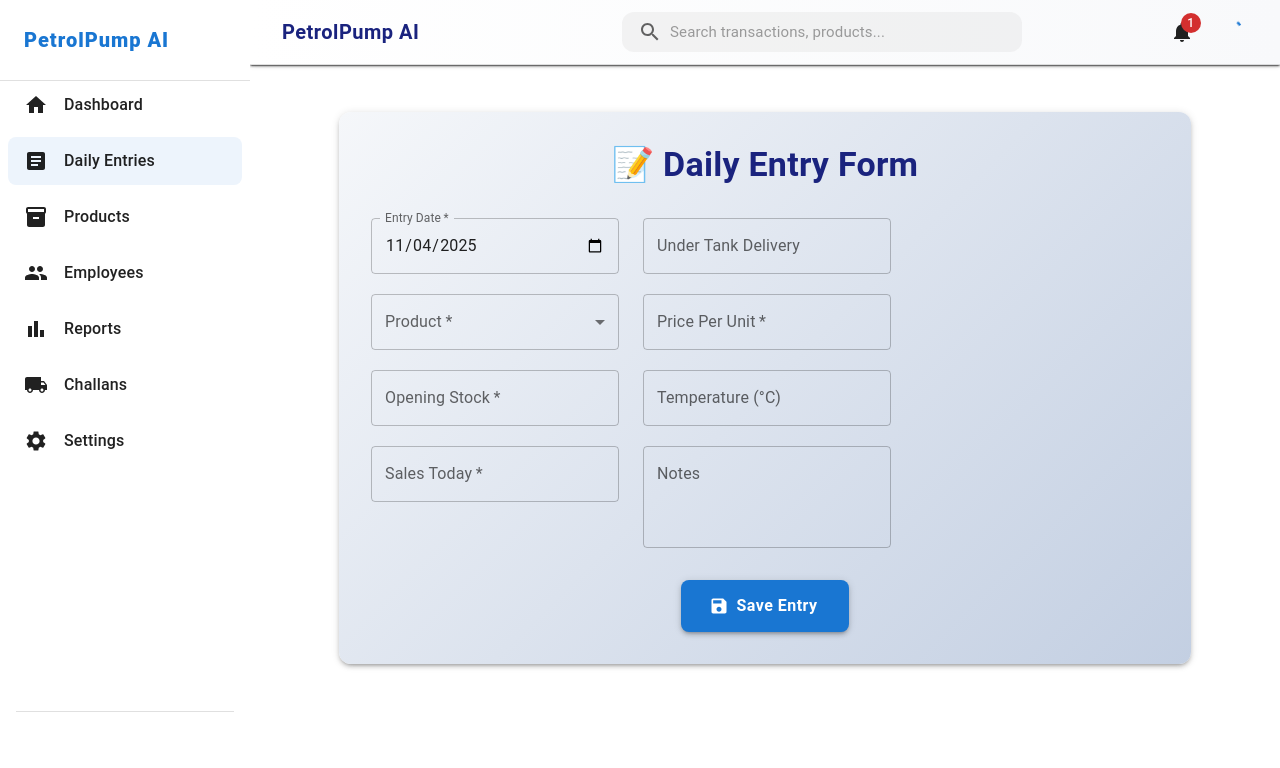
Repository: saquib0509/AI-Enabled-Retail-Management-
Page: /entries (app in frontend/)
These files come from the project's save history. The page is drawn as it stood at one moment and after the next save; the edit follows.
The browser window is 1280 px wide. The pictures show the whole page.
The page's requests for data from a server got no answer. The project was rebuilt for these pictures with package versions that can differ from the ones it lists, and the page was loaded fresh each time. No one was signed in, and anything a server would have sent is missing. Also part of the build but not shown: frontend/vite.config.ts, frontend/src/pages/Dashboard.tsx, frontend/src/components/EmployeeList.tsx, frontend/src/components/EmployeeForm.tsx, frontend/src/components/EmployeeAttendance.tsx, frontend/src/components/EmployeeSalary.tsx, frontend/src/pages/Employees.tsx, frontend/src/pages/Products.tsx and 10 more.

Above is the page before, as saved 2025-11-08 23:11:37.

### frontend/index.html
<!DOCTYPE html>
<html lang="en">
<head>
  <meta charset="UTF-8">
  <meta name="viewport" content="width=device-width, initial-scale=1.0">
  <title>Petrol Pump Management</title>
  <link rel="stylesheet" href="/src/styles.css">
</head>
<body>
  <div id="root"></div>
  <script type="module" src="/src/main.tsx"></script>
</body>
</html>

### frontend/src/styles.css
/* ===== Global CSS Variables (Design Tokens) ===== */
:root {
  --color-primary: #3763ff;
  --color-primary-hover: #2543c3;
  --color-primary-shadow: #e8f0fe;
  --color-accent: #13c39c;
  --color-bg: #f7f8fa;
  --color-bg-card: #fff;
  --color-bg-navbar: #fff;
  --color-border: #e5e7eb;
  --color-text: #1f2937;
  --color-text-soft: #6b7280;
  --color-text-inverse: #fff;
  --border-radius: 10px;
  --shadow-md: 0 2px 8px 0 rgba(16,30,54,0.06);
  --font-main: 'Inter', 'Segoe UI', Arial, sans-serif;
  --transition: 0.18s cubic-bezier(.4,0,.2,1);
}

@media (prefers-color-scheme: dark) {
  :root {
    --color-bg: #13141a;
    --color-bg-card: #181a20;
    --color-bg-navbar: #191a23;
    --color-primary-shadow: #122056;
    --color-border: #23263a;
    --color-text: #f6f7fa;
    --color-text-soft: #a3adc2;
  }
}

html {
  box-sizing: border-box;
  font-family: var(--font-main);
  font-size: 16px;
  -webkit-font-smoothing: antialiased;
  background: var(--color-bg);
  color: var(--color-text);
}
*, *:before, *:after {
  box-sizing: inherit;
}
body {
  background: var(--color-bg);
  color: var(--color-text);
  min-height: 100vh;
  margin: 0;
  line-height: 1.6;
  transition: background var(--transition), color var(--transition);
  font-size: 1rem;
}

/* Layout */
.container {
  width: 100%;
  max-width: 1200px;
  margin: 0 auto;
  padding: 0 20px;
}

/* Typography */
h1, h2, h3, h4, h5, h6 {
  margin-bottom: 1rem;
  line-height: 1.2;
}

h1 { font-size: 2.5rem; }
h2 { font-size: 2rem; }
h3 { font-size: 1.75rem; }
h4 { font-size: 1.5rem; }
h5 { font-size: 1.25rem; }
h6 { font-size: 1rem; }

p {
  margin-bottom: 1rem;
}

a {
  color: #1976d2;
  text-decoration: none;
}

a:hover {
  text-decoration: underline;
}

/* Buttons */
button, .btn {
  display: inline-block;
  background: #1976d2;
  color: white;
  border: none;
  padding: 0.5rem 1rem;
  border-radius: 4px;
  cursor: pointer;
  font-size: 1rem;
  transition: background-color 0.3s;
}

button:hover, .btn:hover {
  background: #1565c0;
}

/* Forms */
input, select, textarea {
  width: 100%;
  padding: 0.5rem;
  margin-bottom: 1rem;
  border: 1px solid #ddd;
  border-radius: 4px;
  font-size: 1rem;
}

label {
  display: block;
  margin-bottom: 0.5rem;
  font-weight: 500;
}

/* Utility classes */
.mt-1 { margin-top: 0.5rem; }
.mt-2 { margin-top: 1rem; }
.mt-3 { margin-top: 1.5rem; }
.mt-4 { margin-top: 2rem; }

.mb-1 { margin-bottom: 0.5rem; }
.mb-2 { margin-bottom: 1rem; }
.mb-3 { margin-bottom: 1.5rem; }
.mb-4 { margin-bottom: 2rem; }

.text-center { text-align: center; }
.text-right { text-align: right; }

/* Responsive */
@media (max-width: 768px) {
  .container {
    padding: 0 15px;
  }

  h1 { font-size: 2rem; }
  h2 { font-size: 1.75rem; }
  h3 { font-size: 1.5rem; }
}

/* Utility classes */
.responsive-grid {
  display: grid;
  gap: 1.4rem;
  grid-template-columns: 1fr;
}
@media (min-width: 600px) {
  .responsive-grid {
    grid-template-columns: 1fr 1fr;
  }
}
@media (min-width: 980px) {
  .responsive-grid {
    grid-template-columns: 1fr 1fr 1fr;
  }
}

/* Modern Card Form Styles */
.modern-card-form {
  background: var(--color-bg-card);
  box-shadow: var(--shadow-md);
  border-radius: var(--border-radius);
  padding: 2rem 2rem 1.7rem 2rem;
  display: flex;
  flex-direction: column;
  gap: 1.2rem;
  width: 100%;
  max-width: 380px;
  margin: 1.7rem auto 0 auto;
  border: 1px solid var(--color-border);
}
.modern-card-form label {
  text-align: left;
  font-size: 1rem;
  font-weight: 500;
  color: var(--color-text);
  letter-spacing: 0.01em;
}
.modern-card-form input,
.modern-card-form select,
.modern-card-form textarea {
  margin-top: 0.32rem;
  padding: 0.55rem 0.8rem;
  border: 1px solid var(--color-border);
  border-radius: var(--border-radius);
  background: var(--color-bg);
  color: var(--color-text);
  font-size: 1rem;
  transition: border-color var(--transition), background var(--transition), color var(--transition);
}
.modern-card-form input:focus,
.modern-card-form select:focus,
.modern-card-form textarea:focus {
  border-color: var(--color-primary);
  outline: none;
  background: var(--color-primary-shadow);
}
.modern-card-form button[type=submit] {
  margin-top: 0.66rem;
}

### frontend/src/main.tsx
import { StrictMode } from 'react';
import { createRoot } from 'react-dom/client';
import { BrowserRouter } from 'react-router-dom';
import { AppProvider } from './context/AppContext';
import App from './App';
import './styles.css';

// Initialize the application
const container = document.getElementById('root');

if (!container) {
  throw new Error("Failed to find the root element");
}

const root = createRoot(container);

root.render(
  <StrictMode>
    <BrowserRouter>
      <AppProvider>
        <App />
      </AppProvider>
    </BrowserRouter>
  </StrictMode>
);

### frontend/src/App.tsx
import { Routes, Route } from 'react-router-dom';
import Layout from './components/layout/Layout';
import Dashboard from './pages/Dashboard';
import DailyEntryForm from './components/DailyEntryForm';
import Employees from "./pages/Employees";
import Products from "./pages/Products";
import Settings from "./pages/Settings";
import Challans from "./pages/Challans";
import Reports from "./pages/Reports";



const App = () => {
  return (
    <div className="app-container">
      <Routes>
        <Route path="/" element={<Layout />}>
          <Route index element={<Dashboard />} />
          <Route path="entries" element={<DailyEntryForm />} />
          <Route path="products" element={<Products />} />
          <Route path="employees" element={<Employees />} />
          <Route path="reports" element={<Reports />} />
          <Route path="settings" element={<Settings />} />
          <Route path="challans" element={<Challans />} />
        </Route>
      </Routes>
    </div>
  );
};

export default App;

### frontend/src/components/layout/Layout.tsx
import { useState } from 'react';
import { Outlet } from 'react-router-dom';
import { Box, CssBaseline, AppBar, Toolbar, useTheme, useMediaQuery } from '@mui/material';
import Sidebar from './Sidebar';
import Navbar from './Navbar';

const drawerWidth = 250;

export default function Layout() {
  const [mobileOpen, setMobileOpen] = useState(false);
  const theme = useTheme();
  const isDesktop = useMediaQuery(theme.breakpoints.up('md'));

  const handleDrawerToggle = () => {
    setMobileOpen(!mobileOpen);
  };

  return (
    <Box sx={{ display: 'flex', minHeight: '100vh', bgcolor: 'background.default', color: 'text.primary' }}>
      <CssBaseline />
      {/* AppBar */}
      <AppBar
        position="fixed"
        sx={{
          width: { md: `calc(100% - ${drawerWidth}px)` },
          ml: { md: `${drawerWidth}px` },
          bgcolor: 'background.paper',
          color: 'text.primary',
          boxShadow: 2
        }}
        elevation={isDesktop ? 1 : 4}
      >
        <Toolbar variant="dense" disableGutters>
          <Navbar onMenuClick={handleDrawerToggle} />
        </Toolbar>
      </AppBar>
      {/* Drawer/Sidebar */}
      <Sidebar
        variant={isDesktop ? 'permanent' : 'temporary'}
        open={isDesktop ? true : mobileOpen}
        onClose={handleDrawerToggle}
        drawerWidth={drawerWidth}
      />
      {/* Main Content */}
      <Box
        component="main"
        sx={{
          flexGrow: 1,
          p: { xs: 2, sm: 3, md: 4 },
          width: { xs: '100%', md: `calc(100% - ${drawerWidth}px)` },
          mt: 6,
          minHeight: '100vh',
        }}
      >
        <Outlet />
      </Box>
    </Box>
  );
}

### frontend/src/components/DailyEntryForm.tsx
import React, { useState, useEffect, ChangeEvent, FormEvent } from "react";
import {
  Box,
  TextField,
  Select,
  MenuItem,
  Button,
  Typography,
  Paper,
  InputLabel,
  FormControl,
  Grid,
  Container,
} from "@mui/material";
import SaveIcon from "@mui/icons-material/Save";
import api from "../services/api";

interface Product {
  id: number;
  name: string;
  unit: string;
}

interface DailyEntryData {
  entryDate: string;
  productId: number | "";
  openingStock: number | "";
  salesToday: number | "";
  underTankDelivery: number | "";
  pricePerUnit: number | "";
  temperature: number | "";
  notes: string;
}

const DailyEntryForm: React.FC = () => {
  const [products, setProducts] = useState<Product[]>([]);
  const [loading, setLoading] = useState(false);
  const [formData, setFormData] = useState<DailyEntryData>({
    entryDate: new Date().toISOString().slice(0, 10),
    productId: "",
    openingStock: "",
    salesToday: "",
    underTankDelivery: "",
    pricePerUnit: "",
    temperature: "",
    notes: "",
  });

  useEffect(() => {
    api
      .get<Product[]>("/products")
      .then((res) => setProducts(res.data))
      .catch(() => alert("Could not fetch products"));
  }, []);

  const handleChange = (
    e: ChangeEvent<HTMLInputElement | HTMLTextAreaElement | { name?: string; value: unknown }>
  ) => {
    const { name, value } = e.target;
    if (!name) return;
    setFormData((prev) => ({
      ...prev,
      [name]:
        name === "productId" && value !== ""
          ? Number(value)
          : ["openingStock", "salesToday", "underTankDelivery", "pricePerUnit", "temperature"].includes(name) &&
            value !== ""
          ? Number(value)
          : value,
    }));
  };

  const handleSubmit = (e: FormEvent) => {
    e.preventDefault();
    setLoading(true);
    api
      .post("/daily-entries", formData)
      .then(() => {
        alert("✓ Entry saved successfully!");
        setFormData({
          entryDate: new Date().toISOString().slice(0, 10),
          productId: "",
          openingStock: "",
          salesToday: "",
          underTankDelivery: "",
          pricePerUnit: "",
          temperature: "",
          notes: "",
        });
      })
      .catch((err) =>
        alert("❌ Failed: " + (err.response?.data?.error || err.message))
      )
      .finally(() => setLoading(false));
  };

  return (
    <Container maxWidth="md" sx={{ py: 4 }}>
      <Paper
        elevation={3}
        sx={{
          p: 4,
          borderRadius: 3,
          background: "linear-gradient(135deg, #f5f7fa 0%, #c3cfe2 100%)",
        }}
      >
        <Typography
          variant="h4"
          align="center"
          gutterBottom
          sx={{ fontWeight: 700, color: "#1a237e", mb: 4 }}
        >
          📝 Daily Entry Form
        </Typography>

        <Box
          component="form"
          onSubmit={handleSubmit}
        >
          {/* Grid Layout - 2 Columns */}
          <Grid container spacing={3}>
            {/* Column 1 - Left Side */}
            <Grid item xs={12} sm={6}>
              <Box sx={{ display: "flex", flexDirection: "column", gap: 2.5 }}>
                {/* Entry Date */}
                <TextField
                  fullWidth
                  label="Entry Date"
                  type="date"
                  name="entryDate"
                  value={formData.entryDate}
                  onChange={handleChange}
                  InputLabelProps={{ shrink: true }}
                  required
                  variant="outlined"
                />

                {/* Product */}
                <FormControl fullWidth required>
                  <InputLabel>Product</InputLabel>
                  <Select
                    name="productId"
                    value={formData.productId}
                    label="Product"
                    onChange={handleChange}
                  >
                    <MenuItem value="">Select Product</MenuItem>
                    {products.map((p) => (
                      <MenuItem key={p.id} value={p.id}>
                        {p.name} ({p.unit})
                      </MenuItem>
                    ))}
                  </Select>
                </FormControl>

                {/* Opening Stock */}
                <TextField
                  fullWidth
                  label="Opening Stock"
                  name="openingStock"
                  type="number"
                  value={formData.openingStock}
                  onChange={handleChange}
                  required
                  variant="outlined"
                />

                {/* Sales Today */}
                <TextField
                  fullWidth
                  label="Sales Today"
                  name="salesToday"
                  type="number"
                  value={formData.salesToday}
                  onChange={handleChange}
                  required
                  variant="outlined"
                />
              </Box>
            </Grid>

            {/* Column 2 - Right Side */}
            <Grid item xs={12} sm={6}>
              <Box sx={{ display: "flex", flexDirection: "column", gap: 2.5 }}>
                {/* Under Tank Delivery */}
                <TextField
                  fullWidth
                  label="Under Tank Delivery"
                  name="underTankDelivery"
                  type="number"
                  value={formData.underTankDelivery}
                  onChange={handleChange}
                  variant="outlined"
                />

                {/* Price Per Unit */}
                <TextField
                  fullWidth
                  label="Price Per Unit"
                  name="pricePerUnit"
                  type="number"
                  value={formData.pricePerUnit}
                  onChange={handleChange}
                  required
                  variant="outlined"
                />

                {/* Temperature */}
                <TextField
                  fullWidth
                  label="Temperature (°C)"
                  name="temperature"
                  type="number"
                  value={formData.temperature}
                  onChange={handleChange}
                  variant="outlined"
                />

                {/* Notes */}
                <TextField
                  fullWidth
                  label="Notes"
                  name="notes"
                  multiline
                  rows={3}
                  value={formData.notes}
                  onChange={handleChange}
                  variant="outlined"
                  placeholder="Add any additional notes..."
                />
              </Box>
            </Grid>
          </Grid>

          {/* Submit Button */}
          <Box sx={{ display: "flex", justifyContent: "center", mt: 4 }}>
            <Button
              type="submit"
              variant="contained"
              color="primary"
              startIcon={<SaveIcon />}
              disabled={loading}
              sx={{
                px: 4,
                py: 1.5,
                fontWeight: 600,
                borderRadius: 2,
                textTransform: "none",
                fontSize: "1rem",
                boxShadow: 3,
                "&:hover": {
                  boxShadow: 6,
                },
              }}
            >
              {loading ? "Saving..." : " Save Entry"}
            </Button>
          </Box>
        </Box>
      </Paper>
    </Container>
  );
};

export default DailyEntryForm;

### frontend/src/components/layout/Sidebar.tsx
import { useState, useEffect } from 'react';
import {
  Drawer, Toolbar, Box, Typography, List, ListItemButton, ListItemIcon, ListItemText,
  Avatar, Divider, Paper, Stack, CircularProgress
} from '@mui/material';
import HomeIcon from '@mui/icons-material/Home';
import ArticleIcon from '@mui/icons-material/Article';
import InventoryIcon from '@mui/icons-material/Inventory2';
import BarChartIcon from '@mui/icons-material/BarChart';
import SettingsIcon from '@mui/icons-material/Settings';
import PeopleIcon from '@mui/icons-material/People';
import LocalShippingIcon from '@mui/icons-material/LocalShipping';
import { Link, useLocation } from 'react-router-dom';
import type { DrawerProps } from '@mui/material';
import api from '../../services/api';

interface BusinessSettings {
  companyName: string;
  ownerName: string;
  businessAddress: string;
  gstNumber: string;
}

const navigation = [
  { name: 'Dashboard', href: '/', icon: <HomeIcon /> },
  { name: 'Daily Entries', href: '/entries', icon: <ArticleIcon /> },
  { name: 'Products', href: '/products', icon: <InventoryIcon /> },
  { name: 'Employees', href: '/employees', icon: <PeopleIcon /> },
  { name: 'Reports', href: '/reports', icon: <BarChartIcon /> },
  { name: 'Challans', href: '/challans', icon: <LocalShippingIcon /> },
  { name: 'Settings', href: '/settings', icon: <SettingsIcon /> },
];

type SidebarProps = {
  variant: DrawerProps['variant'];
  open: boolean;
  onClose: () => void;
  drawerWidth?: number;
};

const Sidebar = ({ variant, open, onClose, drawerWidth }: SidebarProps) => {
  const location = useLocation();
  const [settings, setSettings] = useState<BusinessSettings | null>(null);
  const [loading, setLoading] = useState(true);

  useEffect(() => {
    fetchSettings();
    const interval = setInterval(fetchSettings, 10000); // Refresh every 10s
    return () => clearInterval(interval);
  }, []);

  const fetchSettings = async () => {
    try {
      const res = await api.get('/settings');
      setSettings(res.data);
    } catch (error) {
      console.log('Settings not loaded');
    } finally {
      setLoading(false);
    }
  };

  const drawerContent = (
    <Box sx={{ height: '100%', display: 'flex', flexDirection: 'column' }}>
      {/* Brand/Logo */}
      <Toolbar sx={{ px: 3, py: 3 }}>
        <Typography variant="h6" fontWeight={800} color="primary" sx={{ letterSpacing: 1 }}>
          PetrolPump AI
        </Typography>
      </Toolbar>
      <Divider />



      {/* Navigation */}
      <List sx={{ flex: 1, py: 0 }}>
        {navigation.map((item) => (
          <ListItemButton
            key={item.name}
            component={Link}
            to={item.href}
            selected={location.pathname === item.href}
            sx={{ borderRadius: 2, mx: 1, mb: 1 }}
          >
            <ListItemIcon sx={{ minWidth: 40, color: 'inherit' }}>
              {item.icon}
            </ListItemIcon>
            <ListItemText primary={item.name} sx={{ '& .MuiTypography-root': { fontWeight: 500 } }} />
          </ListItemButton>
        ))}
      </List>

      <Box sx={{ mb: 1, mt: 1, px: 2 }}>
        <Divider />
      </Box>

      {/* User Info */}
      {!loading && settings && (
        <Box sx={{ display: 'flex', alignItems: 'center', p: 2, pb: 3 }}>
          <Avatar
            alt={settings.companyName}
            sx={{
              width: 40,
              height: 40,
              mr: 1.5,
              bgcolor: '#667eea',
              fontWeight: 'bold',
            }}
          >
            {settings.companyName?.charAt(0) || 'A'}
          </Avatar>
          <Box>
            <Typography fontWeight={600} fontSize={15}>
              {settings.companyName || 'Admin'}
            </Typography>
            <Typography color="text.secondary" fontSize={13} noWrap width={130}>
              {settings.businessAddress?.slice(0, 20) || 'Business'}
            </Typography>
          </Box>
        </Box>
      )}
    </Box>
  );

  return (
    <Drawer
      variant={variant}
      open={open}
      onClose={onClose}
      sx={{
        width: drawerWidth,
        flexShrink: 0,
        '& .MuiDrawer-paper': {
          width: drawerWidth,
          boxSizing: 'border-box',
          bgcolor: 'background.paper',
          borderRight: 0,
          pb: 0,
          pt: 0,
        },
      }}
      ModalProps={{ keepMounted: true }}
    >
      {drawerContent}
    </Drawer>
  );
};

export default Sidebar;

### frontend/src/services/api.ts
import axios from "axios";

const api = axios.create({
  baseURL: "http://localhost:8080/api",
  headers: {
    'Content-Type': 'application/json',
  },
});

export default api;

Loaded but not shown: frontend/src/context/AppContext.tsx (287 lines, source omitted); frontend/src/components/layout/Navbar.tsx (229 lines, source omitted)

After the next save:
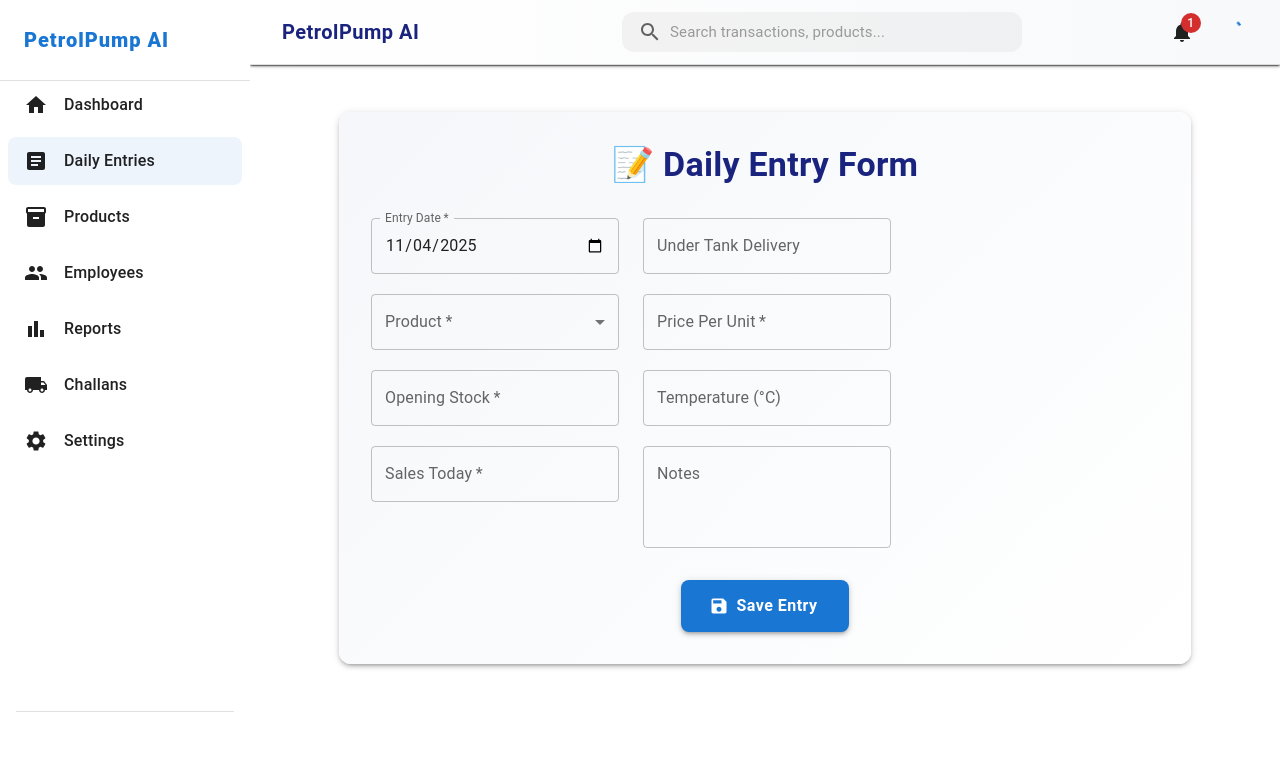
Saved 17 s later.
--- a/frontend/src/components/DailyEntryForm.tsx
+++ b/frontend/src/components/DailyEntryForm.tsx
@@ -101,7 +101,7 @@ const DailyEntryForm: React.FC = () => {
         sx={{
           p: 4,
           borderRadius: 3,
-          background: "linear-gradient(135deg, #f5f7fa 0%, #c3cfe2 100%)",
+          background: "linear-gradient(135deg, #f5f7fa 0%,rgb(255, 255, 255) 100%)",
         }}
       >
         <Typography
